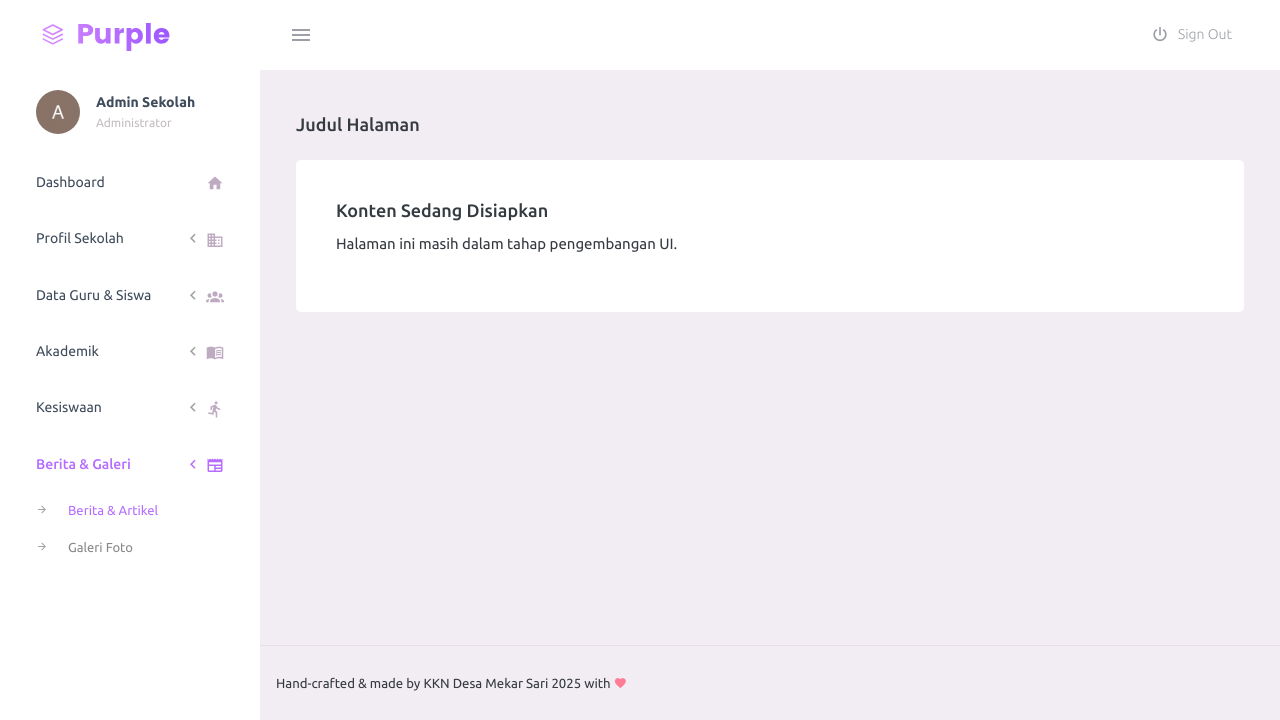
Repository: MKennyChaniago/sekolah-mi-nurul-iman
Page: http://localhost/admin/berita
The author's editor kept a copy of each file at every save. The page is drawn from the files as they stood at one save, then again after the next save.
The browser window is 1280 px wide. The pictures show the whole page.
The page is served by the project's Laravel application, run on PHP 8.4 with Laravel 12. A made-up administrator, Test User (test@example.com), is signed in. Other server files are loaded and not shown.

Above is the page before, as saved 2025-12-07 09:19:15.
Console error: TypeError: Cannot read properties of null (reading 'classList')

### routes/web.php
<?php

use Illuminate\Support\Facades\Route;
use App\Http\Controllers\HomeController;
// Anda mungkin akan membuat Controller baru, contohnya:
// use App\Http\Controllers\ProfileController;

// --- A. ROUTE FRONTEND (MI NURUL IMAN) ---

// 1. HOME
Route::get('/', [HomeController::class, 'index'])->name('home');

// 2. PROFIL (Menggunakan grup untuk submenu)
Route::prefix('profil')->group(function () {
    Route::get('/sejarah', function () { return view('profil.sejarah'); })->name('profil.sejarah');
    Route::get('/visi-misi', function () { return view('profil.visi_misi'); })->name('profil.visi_misi');
    Route::get('/struktur-organisasi', function () { return view('profil.struktur'); })->name('profil.struktur');
});

// 3. KESISWAAN
Route::get('/kesiswaan', function () { return view('kesiswaan.index'); })->name('kesiswaan');

// 4. BERITA & ARTIKEL
// Listing Berita Utama
Route::get('/berita', function () { return view('berita.listing'); })->name('berita.listing');
// Detail Berita dengan parameter dinamis (slug)
Route::get('/berita/{slug}', function ($slug) { return view('berita.detail', compact('slug')); })->name('berita.detail');

// 5. AKADEMIK
Route::prefix('akademik')->group(function () {
    Route::get('/kurikulum', function () { return view('akademik.kurikulum'); })->name('akademik.kurikulum');
    Route::get('/guru-staff', function () { return view('akademik.guru_staff'); })->name('akademik.guru_staff');
    Route::get('/produk-hukum', function () { return view('akademik.produk_hukum'); })->name('akademik.produk_hukum');
});

// 6. Galeri
Route::get('/galeri', function () { return view('galeri.index'); })->name('galeri');

// 7. KONTAK MANDIRI (Formulir Kontak)
Route::get('/kontak', function () { return view('kontak'); })->name('kontak');


// --- B. ROUTE BACKEND (ADMIN) ---

// 1. Route Login
Route::get('/admin/login', function () {
    return view('admin.login');
})->name('admin.login');

// 2. Route Register
Route::get('/admin/register', function () {
    return view('admin.register');
})->name('admin.register');

// 3. Route Dashboard (INI TUJUANNYA)
Route::get('/admin/dashboard', function () {
    return view('admin.dashboard');
})->name('admin.dashboard');

// ... (Route Login, Register, Dashboard sebelumnya) ...

// --- GROUP: PROFIL SEKOLAH ---
Route::get('/admin/sejarah', function () {
    return view('admin.profil.sejarah'); // Perlu buat file
})->name('admin.sejarah');

Route::get('/admin/visi-misi', function () {
    return view('admin.profil.visimisi'); // Perlu buat file
})->name('admin.visimisi');

Route::get('/admin/struktur', function () {
    return view('admin.profil.struktur'); // Perlu buat file
})->name('admin.struktur');


// --- GROUP: DATA MASTER ---
Route::get('/admin/guru', function () {
    return view('admin.guru.index');
})->name('admin.guru.index');

Route::get('/admin/guru/create', function () {
    return view('admin.guru.create');
})->name('admin.guru.create');

Route::get('/admin/siswa', function () {
    return view('admin.siswa.index');
})->name('admin.siswa.index');


// --- GROUP: AKADEMIK ---
Route::get('/admin/kurikulum', function () {
    return view('admin.akademik.kurikulum'); // Perlu buat file
})->name('admin.kurikulum.index');

Route::get('/admin/produk-hukum', function () {
    return view('admin.akademik.produkhukum'); // Perlu buat file
})->name('admin.produk_hukum.index');


// --- GROUP: KESISWAAN ---
Route::get('/admin/ekstrakurikuler', function () {
    return view('admin.kesiswaan.ekskul'); // Perlu buat file
})->name('admin.ekstrakurikuler.index');

Route::get('/admin/program-unggulan', function () {
    return view('admin.kesiswaan.program'); // Perlu buat file
})->name('admin.prestasi.index');


// --- GROUP: PUBLIKASI ---
Route::get('/admin/berita', function () {
    return view('admin.berita.index');
})->name('admin.berita.index');

Route::get('/admin/berita/create', function () {
    return view('admin.berita.create');
})->name('admin.berita.create');

Route::get('/admin/galeri', function () {
    return view('admin.galeri.index');
})->name('admin.galeri.index');

### resources/views/admin/berita/index.blade.php
@extends('layouts.admin')

@section('content')
<div class="page-header">
    <h3 class="page-title"> Judul Halaman </h3>
</div>
<div class="row">
    <div class="col-12 grid-margin stretch-card">
        <div class="card">
            <div class="card-body">
                <h4 class="card-title">Konten Sedang Disiapkan</h4>
                <p>Halaman ini masih dalam tahap pengembangan UI.</p>
            </div>
        </div>
    </div>
</div>
@endsection

### resources/views/layouts/admin.blade.php
<!DOCTYPE html>
<html lang="id">
  <head>
    <meta charset="utf-8">
    <meta name="viewport" content="width=device-width, initial-scale=1, shrink-to-fit=no">
    <title>Admin - MI Nurul Iman</title>

    <link rel="stylesheet" href="{{ asset('admin/vendors/mdi/css/materialdesignicons.min.css') }}">
    <link rel="stylesheet" href="{{ asset('admin/vendors/ti-icons/css/themify-icons.css') }}">
    <link rel="stylesheet" href="{{ asset('admin/vendors/css/vendor.bundle.base.css') }}">
    <link rel="stylesheet" href="{{ asset('admin/css/style.css') }}">
    <link rel="shortcut icon" href="{{ asset('admin/images/favicon.png') }}" />
  </head>
  <body>

    <div class="container-scroller">

      @include('admin.partials.navbar')

      <div class="container-fluid page-body-wrapper">

        @include('admin.partials.sidebar')

        <div class="main-panel">
          <div class="content-wrapper">

            @yield('content')

          </div>

          @include('admin.partials.footer')

        </div>
      </div>
    </div>

    <script src="{{ asset('admin/vendors/js/vendor.bundle.base.js') }}"></script>
    <script src="{{ asset('admin/vendors/chart.js/chart.umd.js') }}"></script>
    <script src="{{ asset('admin/js/off-canvas.js') }}"></script>
    <script src="{{ asset('admin/js/misc.js') }}"></script>
    <script src="{{ asset('admin/js/settings.js') }}"></script>
    <script src="{{ asset('admin/js/todolist.js') }}"></script>
    <script src="{{ asset('admin/js/jquery.cookie.js') }}"></script>
    <script src="{{ asset('admin/js/dashboard.js') }}"></script>
  </body>
</html>

### resources/views/admin/partials/navbar.blade.php
<style>
  /* Animasi untuk tombol Logout */
  .logout-link {
    transition: all 0.3s ease-in-out; /* Gerakan halus */
    display: flex;
    align-items: center;
  }

  /* Efek saat Mouse diarahkan (Hover) */
  .logout-link:hover {
    transform: scale(1.1); /* Membesar sedikit (10%) */
    color: #dc3545 !important; /* Berubah warna jadi Merah */
  }

  .logout-link:hover i {
    color: #dc3545 !important; /* Icon juga jadi merah */
  }
</style>

<nav class="navbar default-layout-navbar col-lg-12 col-12 p-0 fixed-top d-flex flex-row">
  <div class="text-center navbar-brand-wrapper d-flex align-items-center justify-content-start">
    <a class="navbar-brand brand-logo" href="{{ route('admin.dashboard') }}"><img src="{{ asset('admin/images/logo.svg') }}" alt="logo" /></a>
    <a class="navbar-brand brand-logo-mini" href="{{ route('admin.dashboard') }}"><img src="{{ asset('admin/images/logo-mini.svg') }}" alt="logo" /></a>
  </div>

  <div class="navbar-menu-wrapper d-flex align-items-stretch">
    <button class="navbar-toggler navbar-toggler align-self-center" type="button" data-toggle="minimize">
      <span class="mdi mdi-menu"></span>
    </button>

    <ul class="navbar-nav navbar-nav-right">

      <li class="nav-item nav-logout">
        <a class="nav-link logout-link" href="{{ route('admin.login') }}" title="Keluar Aplikasi">
          <i class="mdi mdi-power"></i>

          <span class="d-none d-lg-inline ms-2">Sign Out</span>
        </a>
      </li>

    </ul>

    <button class="navbar-toggler navbar-toggler-right d-lg-none align-self-center" type="button" data-toggle="offcanvas">
      <span class="mdi mdi-menu"></span>
    </button>
  </div>
</nav>

### resources/views/admin/partials/sidebar.blade.php
<nav class="sidebar sidebar-offcanvas" id="sidebar">
  <ul class="nav">

    <li class="nav-item nav-profile">
      <a href="#" class="nav-link">
        <div class="nav-profile-image">
          <img src="{{ asset('admin/images/faces/face1.jpg') }}" alt="profile" />
          <span class="login-status online"></span>
        </div>
        <div class="nav-profile-text d-flex flex-column">
          <span class="font-weight-bold mb-2">Admin Sekolah</span>
          <span class="text-secondary text-small">Administrator</span>
        </div>
      </a>
    </li>

    <li class="nav-item">
      <a class="nav-link" href="{{ route('admin.dashboard') }}">
        <span class="menu-title">Dashboard</span>
        <i class="mdi mdi-home menu-icon"></i>
      </a>
    </li>

    <li class="nav-item">
      <a class="nav-link" data-bs-toggle="collapse" href="#profil-sekolah" aria-expanded="false" aria-controls="profil-sekolah">
        <span class="menu-title">Profil Sekolah</span>
        <i class="menu-arrow"></i>
        <i class="mdi mdi-domain menu-icon"></i>
      </a>
      <div class="collapse" id="profil-sekolah">
        <ul class="nav flex-column sub-menu">
          <li class="nav-item"> <a class="nav-link" href="{{ route('admin.sejarah') }}">Sejarah Madrasah</a></li>
          <li class="nav-item"> <a class="nav-link" href="{{ route('admin.visimisi') }}">Visi & Misi</a></li>
          <li class="nav-item"> <a class="nav-link" href="{{ route('admin.struktur') }}">Struktur Organisasi</a></li>
        </ul>
      </div>
    </li>

    <li class="nav-item">
      <a class="nav-link" data-bs-toggle="collapse" href="#data-master" aria-expanded="false" aria-controls="data-master">
        <span class="menu-title">Data Guru & Siswa</span>
        <i class="menu-arrow"></i>
        <i class="mdi mdi-account-group menu-icon"></i>
      </a>
      <div class="collapse" id="data-master">
        <ul class="nav flex-column sub-menu">
          <li class="nav-item"> <a class="nav-link" href="{{ route('admin.guru.index') }}">Data Guru & Staff</a></li>
          <li class="nav-item"> <a class="nav-link" href="{{ route('admin.siswa.index') }}">Data Siswa</a></li>
        </ul>
      </div>
    </li>

    <li class="nav-item">
      <a class="nav-link" data-bs-toggle="collapse" href="#akademik" aria-expanded="false" aria-controls="akademik">
        <span class="menu-title">Akademik</span>
        <i class="menu-arrow"></i>
        <i class="mdi mdi-book-open-variant menu-icon"></i>
      </a>
      <div class="collapse" id="akademik">
        <ul class="nav flex-column sub-menu">
          <li class="nav-item"> <a class="nav-link" href="{{ route('admin.kurikulum.index') }}">Kurikulum</a></li>
          <li class="nav-item"> <a class="nav-link" href="{{ route('admin.produk_hukum.index') }}">Produk Hukum (SK)</a></li>
        </ul>
      </div>
    </li>

    <li class="nav-item">
      <a class="nav-link" data-bs-toggle="collapse" href="#kesiswaan" aria-expanded="false" aria-controls="kesiswaan">
        <span class="menu-title">Kesiswaan</span>
        <i class="menu-arrow"></i>
        <i class="mdi mdi-run menu-icon"></i>
      </a>
      <div class="collapse" id="kesiswaan">
        <ul class="nav flex-column sub-menu">
          <li class="nav-item"> <a class="nav-link" href="{{ route('admin.ekstrakurikuler.index') }}">Ekstrakurikuler</a></li>
          <li class="nav-item"> <a class="nav-link" href="{{ route('admin.prestasi.index') }}">Program Unggulan</a></li>
        </ul>
      </div>
    </li>

    <li class="nav-item">
      <a class="nav-link" data-bs-toggle="collapse" href="#publikasi" aria-expanded="false" aria-controls="publikasi">
        <span class="menu-title">Berita & Galeri</span>
        <i class="menu-arrow"></i>
        <i class="mdi mdi-newspaper menu-icon"></i>
      </a>
      <div class="collapse" id="publikasi">
        <ul class="nav flex-column sub-menu">
          <li class="nav-item"> <a class="nav-link" href="{{ route('admin.berita.index') }}">Berita & Artikel</a></li>
          <li class="nav-item"> <a class="nav-link" href="{{ route('admin.galeri.index') }}">Galeri Foto</a></li>
        </ul>
      </div>
    </li>

  </ul>
</nav>

### resources/views/admin/partials/footer.blade.php
<footer class="footer">
  <div class="d-sm-flex justify-content-center justify-content-sm-between">
    {{-- <span class="text-muted text-center text-sm-left d-block d-sm-inline-block">Copyright © 2025 <a href="https://www.bootstrapdash.com/" target="_blank">BootstrapDash</a>. All rights reserved.</span> --}}
    <span class="float-none float-sm-right d-block mt-1 mt-sm-0 text-center">Hand-crafted & made by KKN Desa Mekar Sari 2025 with <i class="mdi mdi-heart text-danger"></i></span>
  </div>
</footer>

### public/admin/js/settings.js
(function($) {
  'use strict';
  $(function() {
    $(".nav-settings").click(function() {
      $("#right-sidebar").toggleClass("open");
    });
    $(".settings-close").click(function() {
      $("#right-sidebar,#theme-settings,#layout-settings").removeClass("open");
    });

    $("#settings-trigger").on("click", function() {
      $("#theme-settings").toggleClass("open");
    });

    //check all boxes in order status
    $("#check-all").click(function () {
      $(".checkbox").prop('checked', $(this).prop('checked'));
    });

    //background constants
    var navbar_classes = "navbar-danger navbar-success navbar-warning navbar-dark navbar-light navbar-primary navbar-info navbar-pink";
    var sidebar_classes = "sidebar-light sidebar-dark";
    var $body = $("body");

    //sidebar backgrounds
    $("#sidebar-default-theme").on("click", function() {
      $body.removeClass(sidebar_classes);
      $(".sidebar-bg-options").removeClass("selected");
      $(this).addClass("selected");
    });
    $("#sidebar-dark-theme").on("click", function() {
      $body.removeClass(sidebar_classes);
      $body.addClass("sidebar-dark");
      $(".sidebar-bg-options").removeClass("selected");
      $(this).addClass("selected");
    });
    $("#sidebar-light-theme").on("click", function() {
      $body.removeClass(sidebar_classes);
      $body.addClass("sidebar-light");
      $(".sidebar-bg-options").removeClass("selected");
      $(this).addClass("selected");
    });


    //Navbar Backgrounds
    $(".tiles.primary").on("click", function() {
      $(".navbar").removeClass(navbar_classes);
      $(".navbar").addClass("navbar-primary");
      $(".tiles").removeClass("selected");
      $(this).addClass("selected");
    });
    $(".tiles.success").on("click", function() {
      $(".navbar").removeClass(navbar_classes);
      $(".navbar").addClass("navbar-success");
      $(".tiles").removeClass("selected");
      $(this).addClass("selected");
    });
    $(".tiles.warning").on("click", function() {
      $(".navbar").removeClass(navbar_classes);
      $(".navbar").addClass("navbar-warning");
      $(".tiles").removeClass("selected");
      $(this).addClass("selected");
    });
    $(".tiles.danger").on("click", function() {
      $(".navbar").removeClass(navbar_classes);
      $(".navbar").addClass("navbar-danger");
      $(".tiles").removeClass("selected");
      $(this).addClass("selected");
    });
    $(".tiles.info").on("click", function() {
      $(".navbar").removeClass(navbar_classes);
      $(".navbar").addClass("navbar-info");
      $(".tiles").removeClass("selected");
      $(this).addClass("selected");
    });
    $(".tiles.dark").on("click", function() {
      $(".navbar").removeClass(navbar_classes);
      $(".navbar").addClass("navbar-dark");
      $(".tiles").removeClass("selected");
      $(this).addClass("selected");
    });
    $(".tiles.default").on("click", function() {
      $(".navbar").removeClass(navbar_classes);
      $(".tiles").removeClass("selected");
      $(this).addClass("selected");
    });

    //Horizontal menu in mobile
    $('[data-toggle="horizontal-menu-toggle"]').on("click", function() {
      $(".horizontal-menu .bottom-navbar").toggleClass("header-toggled");
    });
    // Horizontal menu navigation in mobile menu on click
    var navItemClicked = $('.horizontal-menu .page-navigation >.nav-item');
    navItemClicked.on("click", function(event) {
      if(window.matchMedia('(max-width: 991px)').matches) {
        if(!($(this).hasClass('show-submenu'))) {
          navItemClicked.removeClass('show-submenu');
        }
        $(this).toggleClass('show-submenu');
      }
    });

    $(window).scroll(function() {
      if(window.matchMedia('(min-width: 992px)').matches) {
        var header = $('.horizontal-menu');
        if ($(window).scrollTop() >= 71) {
          $(header).addClass('fixed-on-scroll');
        } else {
          $(header).removeClass('fixed-on-scroll');
        }
      }
    });

    $("#layout-toggler").on("click", function () {
      $("#layout-settings").addClass("open");
    });
    $("#chat-toggler").on("click", function () {
      $("#right-sidebar").addClass("open");
    });

  });
})(jQuery);

### public/admin/js/todolist.js
(function($) {
  'use strict';
  $(function() {
    var todoListItem = $('.todo-list');
    var todoListInput = $('.todo-list-input');
    $('.todo-list-add-btn').on("click", function(event) {
      event.preventDefault();

      var item = $(this).prevAll('.todo-list-input').val();

      if (item) {
        todoListItem.append("<li><div class='form-check'><label class='form-check-label'><input class='checkbox' type='checkbox'/>" + item + "<i class='input-helper'></i></label></div><i class='remove mdi mdi-close-circle-outline'></i></li>");
        todoListInput.val("");
      }

    });

    todoListItem.on('change', '.checkbox', function() {
      if ($(this).attr('checked')) {
        $(this).removeAttr('checked');
      } else {
        $(this).attr('checked', 'checked');
      }

      $(this).closest("li").toggleClass('completed');

    });

    todoListItem.on('click', '.remove', function() {
      $(this).parent().remove();
    });

  });
})(jQuery);

Loaded but not shown: app/Models/User.php (common file); public/admin/vendors/mdi/css/materialdesignicons.min.css (library); public/admin/vendors/ti-icons/css/themify-icons.css (library); public/admin/vendors/css/vendor.bundle.base.css (common file); public/admin/css/style.css (library); public/admin/vendors/js/vendor.bundle.base.js (library); public/admin/vendors/chart.js/chart.umd.js (library); public/admin/js/off-canvas.js (common file); public/admin/js/jquery.cookie.js (library); public/admin/images/logo.svg (90 lines, source omitted); public/admin/images/logo-mini.svg (41 lines, source omitted); public/admin/js/dashboard.js (250 lines, source omitted); public/admin/js/misc.js (122 lines, source omitted)

After the next save:
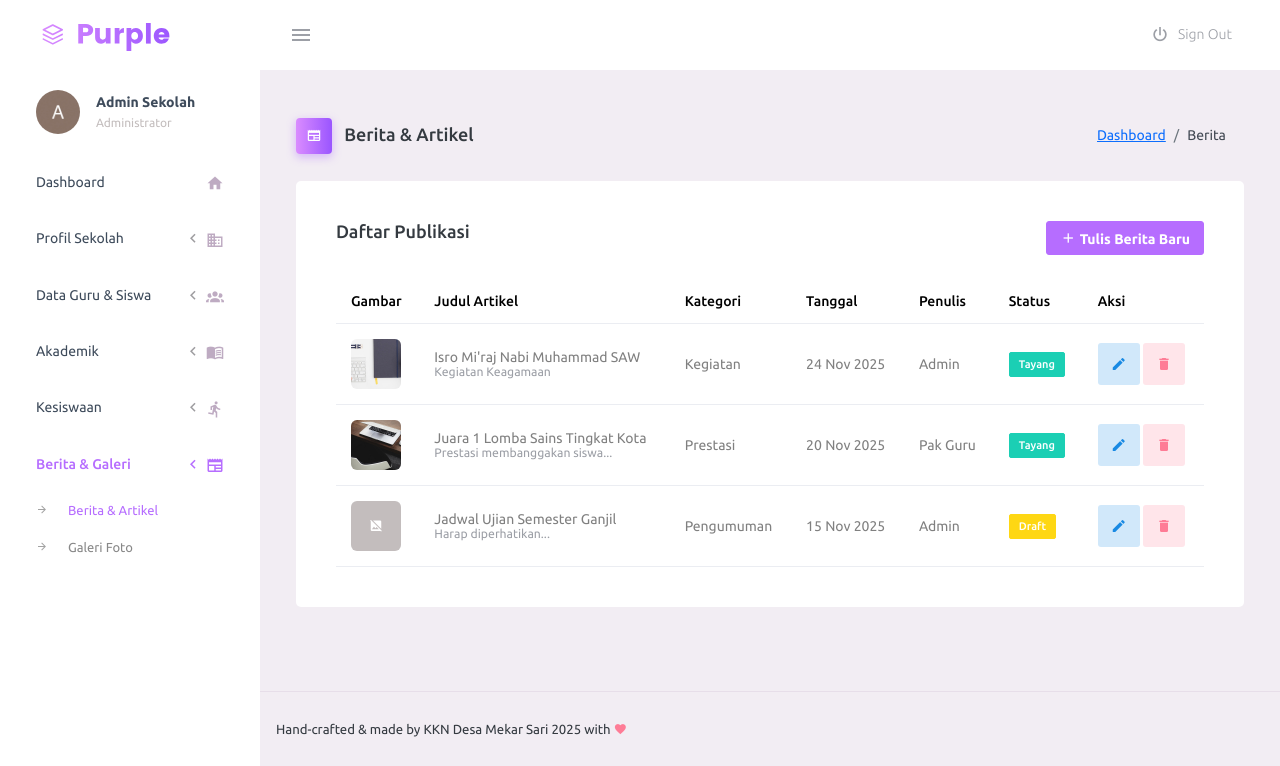
Saved 30 s later.
--- a/resources/views/admin/berita/index.blade.php
+++ b/resources/views/admin/berita/index.blade.php
@@ -1,17 +1,108 @@
 @extends('layouts.admin')
 
+@section('title', 'Berita & Artikel')
+
 @section('content')
-<div class="page-header">
-    <h3 class="page-title"> Judul Halaman </h3>
-</div>
-<div class="row">
-    <div class="col-12 grid-margin stretch-card">
-        <div class="card">
-            <div class="card-body">
-                <h4 class="card-title">Konten Sedang Disiapkan</h4>
-                <p>Halaman ini masih dalam tahap pengembangan UI.</p>
+    <div class="page-header">
+        <h3 class="page-title">
+            <span class="page-title-icon bg-gradient-primary text-white me-2">
+                <i class="mdi mdi-newspaper"></i>
+            </span> Berita & Artikel
+        </h3>
+        <nav aria-label="breadcrumb">
+            <ul class="breadcrumb">
+                <li class="breadcrumb-item"><a href="{{ route('admin.dashboard') }}">Dashboard</a></li>
+                <li class="breadcrumb-item active" aria-current="page">Berita</li>
+            </ul>
+        </nav>
+    </div>
+
+    <div class="row">
+        <div class="col-lg-12 grid-margin stretch-card">
+            <div class="card">
+                <div class="card-body">
+                    <div class="d-flex justify-content-between align-items-center mb-4">
+                        <h4 class="card-title">Daftar Publikasi</h4>
+                        <a href="{{ route('admin.berita.create') }}" class="btn btn-primary btn-sm">
+                            <i class="mdi mdi-plus"></i> Tulis Berita Baru
+                        </a>
+                    </div>
+
+                    <div class="table-responsive">
+                        <table class="table table-hover">
+                            <thead>
+                                <tr>
+                                    <th>Gambar</th>
+                                    <th>Judul Artikel</th>
+                                    <th>Kategori</th>
+                                    <th>Tanggal</th>
+                                    <th>Penulis</th>
+                                    <th>Status</th>
+                                    <th>Aksi</th>
+                                </tr>
+                            </thead>
+                            <tbody>
+                                <tr>
+                                    <td>
+                                        <img src="{{ asset('admin/images/dashboard/img_1.jpg') }}" class="rounded" style="width: 50px; height: 50px; object-fit: cover;">
+                                    </td>
+                                    <td>
+                                        Isro Mi'raj Nabi Muhammad SAW <br>
+                                        <small class="text-muted">Kegiatan Keagamaan</small>
+                                    </td>
+                                    <td>Kegiatan</td>
+                                    <td>24 Nov 2025</td>
+                                    <td>Admin</td>
+                                    <td><label class="badge badge-success">Tayang</label></td>
+                                    <td>
+                                        <button class="btn btn-inverse-info btn-sm btn-icon"><i class="mdi mdi-pencil"></i></button>
+                                        <button class="btn btn-inverse-danger btn-sm btn-icon"><i class="mdi mdi-delete"></i></button>
+                                    </td>
+                                </tr>
+
+                                <tr>
+                                    <td>
+                                        <img src="{{ asset('admin/images/dashboard/img_2.jpg') }}" class="rounded" style="width: 50px; height: 50px; object-fit: cover;">
+                                    </td>
+                                    <td>
+                                        Juara 1 Lomba Sains Tingkat Kota <br>
+                                        <small class="text-muted">Prestasi membanggakan siswa...</small>
+                                    </td>
+                                    <td>Prestasi</td>
+                                    <td>20 Nov 2025</td>
+                                    <td>Pak Guru</td>
+                                    <td><label class="badge badge-success">Tayang</label></td>
+                                    <td>
+                                        <button class="btn btn-inverse-info btn-sm btn-icon"><i class="mdi mdi-pencil"></i></button>
+                                        <button class="btn btn-inverse-danger btn-sm btn-icon"><i class="mdi mdi-delete"></i></button>
+                                    </td>
+                                </tr>
+
+                                <tr>
+                                    <td>
+                                        <div class="bg-secondary rounded d-flex align-items-center justify-content-center" style="width: 50px; height: 50px;">
+                                            <i class="mdi mdi-image-off text-white"></i>
+                                        </div>
+                                    </td>
+                                    <td>
+                                        Jadwal Ujian Semester Ganjil <br>
+                                        <small class="text-muted">Harap diperhatikan...</small>
+                                    </td>
+                                    <td>Pengumuman</td>
+                                    <td>15 Nov 2025</td>
+                                    <td>Admin</td>
+                                    <td><label class="badge badge-warning">Draft</label></td>
+                                    <td>
+                                        <button class="btn btn-inverse-info btn-sm btn-icon"><i class="mdi mdi-pencil"></i></button>
+                                        <button class="btn btn-inverse-danger btn-sm btn-icon"><i class="mdi mdi-delete"></i></button>
+                                    </td>
+                                </tr>
+                            </tbody>
+                        </table>
+                    </div>
+
+                </div>
             </div>
         </div>
     </div>
-</div>
 @endsection
